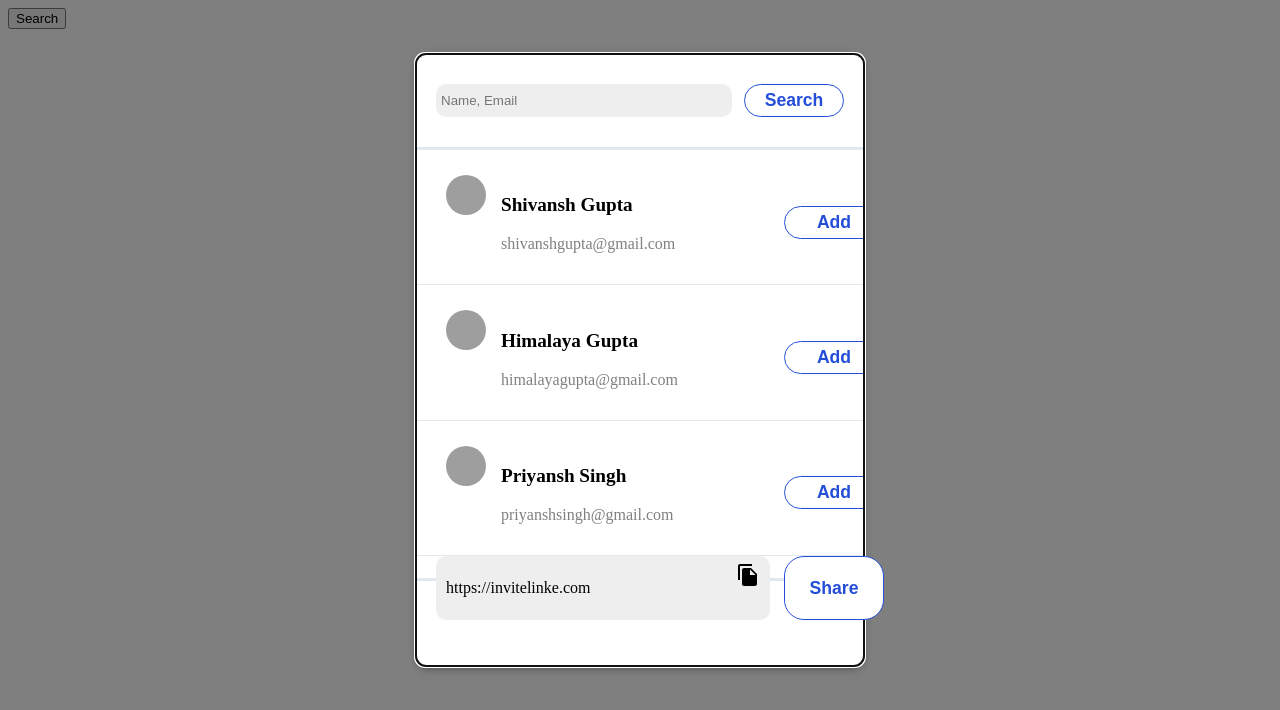
Repository: shiv0403/event-planner
Page: /, after clicking the first element matching `button`
An editor plug-in stored every save of this project. The page is shown before and after a run of saves, followed by the edit.
The browser window is 1280 px wide. The pictures show the whole page.
Pictures or frames that could not be fetched are drawn as grey boxes. An inner scrolling area shows only its first screen. The project was rebuilt for these pictures with package versions that can differ from the ones it lists, and the page was loaded fresh each time.

Above is the page before, as saved 2021-07-27 13:14:19.

### src/App.js
import React from "react";
import Modal from "./Components/SearchModal/SearchModal";

function App() {
  return (
    <div className="App">
      <Modal />
    </div>
  );
}

export default App;

### src/Components/SearchModal/SearchModal.js
import React, { useState } from "react";
import { makeStyles } from "@material-ui/core/styles";
import Modal from "@material-ui/core/Modal";
import Backdrop from "@material-ui/core/Backdrop";
import Fade from "@material-ui/core/Fade";
import FileCopyIcon from "@material-ui/icons/FileCopy";

import SearchPerson from "./SearchPerson";

import "./SearchModal.css";

const useStyles = makeStyles((theme) => ({
  modal: {
    display: "flex",
    alignItems: "center",
    justifyContent: "center",
  },
  paper: {
    backgroundColor: theme.palette.background.paper,
    boxShadow: theme.shadows[5],
    // padding: theme.spacing(2, 4, 3),
    width: "35%",
    borderRadius: "10px",
    height: "85%",
  },
}));

export default function TransitionsModal() {
  const classes = useStyles();
  const [open, setOpen] = useState(false);
  const [data, setData] = useState([
    {
      name: "Shivansh Gupta",
      email: "shivanshgupta@gmail.com",
    },
    {
      name: "Himalaya Gupta",
      email: "himalayagupta@gmail.com",
    },
    {
      name: "Priyansh Singh",
      email: "priyanshsingh@gmail.com",
    },
    {
      name: "asdlkfj lskdjf",
      email: "sadlkfj@lskdf.com",
    },

    {
      name: "asdlkfj lskdjf",
      email: "sadlkfj@lskdf.com",
    },
    {
      name: "asdlkfj lskdjf",
      email: "sadlkfj@lskdf.com",
    },
    {
      name: "asdlkfj lskdjf",
      email: "sadlkfj@lskdf.com",
    },
    {
      name: "asdlkfj lskdjf",
      email: "sadlkfj@lskdf.com",
    },
    {
      name: "asdlkfj lskdjf",
      email: "sadlkfj@lskdf.com",
    },
  ]);

  const handleOpen = () => {
    setOpen(true);
  };

  const handleClose = () => {
    setOpen(false);
  };

  return (
    <div>
      <button type="button" onClick={handleOpen}>
        Search
      </button>
      <Modal
        aria-labelledby="transition-modal-title"
        aria-describedby="transition-modal-description"
        className={classes.modal}
        open={open}
        onClose={handleClose}
        closeAfterTransition
        BackdropComponent={Backdrop}
        BackdropProps={{
          timeout: 500,
        }}
      >
        <Fade in={open}>
          <div className={classes.paper}>
            <div className="search__header">
              <input type="text" placeholder="Name, Email" />
              <button type="submit"> Search</button>
            </div>
            <div className="search__body">
              {data.map((person) => (
                <SearchPerson name={person.name} email={person.email} />
              ))}
            </div>
            <div className="search__footer">
              <div className="search__footer__link">
                <p>https://invitelinke.com</p>
                <FileCopyIcon />
              </div>

              <button type="submit">Share</button>
            </div>
          </div>
        </Fade>
      </Modal>
    </div>
  );
}

### src/Components/SearchModal/SearchPerson.js
import React from "react";
import Avatar from "@material-ui/core/Avatar";

import "./SearchPerson.css";

function SearchPerson({ name, email }) {
  return (
    <div className="search__person">
      <div className="sp__details">
        <div className="sp__details__avatar">
          <Avatar alt={name} src="/static/images/avatar/1.jpg" />
        </div>
        <div className="sp__details__cred">
          <h3>{name}</h3>
          <p>{email}</p>
        </div>
      </div>

      <div className="sp__add">
        <button type="submit">Add</button>
      </div>
    </div>
  );
}

export default SearchPerson;

### src/Components/SearchModal/SearchModal.css
.search__header {
  display: flex;
  justify-content: space-between;
  padding: 30px 20px;
  border-bottom: 3px solid #e2e8f0;
}

.search__header > input {
  border-radius: 10px;
  width: 70%;
  padding: 5px;
  margin-right: 10px;
  background-color: #eee;
  outline: none;
  border: 0px;
}

.search__header > button {
  padding: 5px 3px;
  width: 100px;
  border: 1px #244ed8 solid;
  font-size: 1.1rem;
  border-radius: 20px;
  background-color: #fff;
  font-weight: 800;
  color: #244ed8;
}

.search__body {
  overflow-y: auto;
  height: 70%;
  border-bottom: 3px solid #e2e8f0;
}

.search__body::-webkit-scrollbar {
  display: none;
}

.search__footer {
  display: flex;
  justify-content: space-between;
  margin-top: 40px;
  padding: 20px;
  position: absolute;
  bottom: 80px;
  width: 35%;
}

.search__footer__link {
  display: flex;
  justify-content: space-between;
  background-color: #eee;
  border-radius: 10px;
  padding: 7px 10px;
  width: 70%;
}

.search__footer > button {
  padding: 5px 3px;
  width: 100px;
  border: 1px #244ed8 solid;
  font-size: 1.1rem;
  border-radius: 20px;
  background-color: #fff;
  font-weight: 800;
  color: #244ed8;
}

.search__footer > button:hover {
  background-color: RGBA(36, 78, 216, 0.1);
  box-shadow: inset 0 0 0 1.5px #244ed8;
  transition: all 0.3s;
}

### src/Components/SearchModal/SearchPerson.css
.search__person {
  display: flex;
  justify-content: space-between;
  align-items: center;
  padding: 5px 20px;
  width: 100%;
  margin: 10px auto;
}

.search__person:not(:last-child) {
  border-bottom: 1px #e2e8f0 solid;
}

.sp__details {
  display: flex;
  border-radius: 10px;
  width: 95%;
  padding: 10px;
  margin-right: 10px;
}

.sp__details__avatar {
  margin-right: 15px;
}

.sp__details__cred > h3 {
  font-size: 1.2rem;
  font-weight: 800;
}

.sp__details__cred > p {
  font-size: 1rem;
  margin-top: 5px;
  color: gray;
}

.sp__add > button {
  padding: 5px 3px;
  width: 100px;
  border: 1px #244ed8 solid;
  font-size: 1.1rem;
  border-radius: 20px;
  background-color: #fff;
  font-weight: 800;
  color: #244ed8;
}

.sp__add > button:hover {
  background-color: RGBA(36, 78, 216, 0.1);
  box-shadow: inset 0 0 0 1.5px #244ed8;
  transition: all 0.3s;
}

/*
#f7fafc
#2563eb
#414a59
#244ed8 */

Loaded but not shown: public/index.html (common file); src/index.js (common file)

After the next 2 saves:
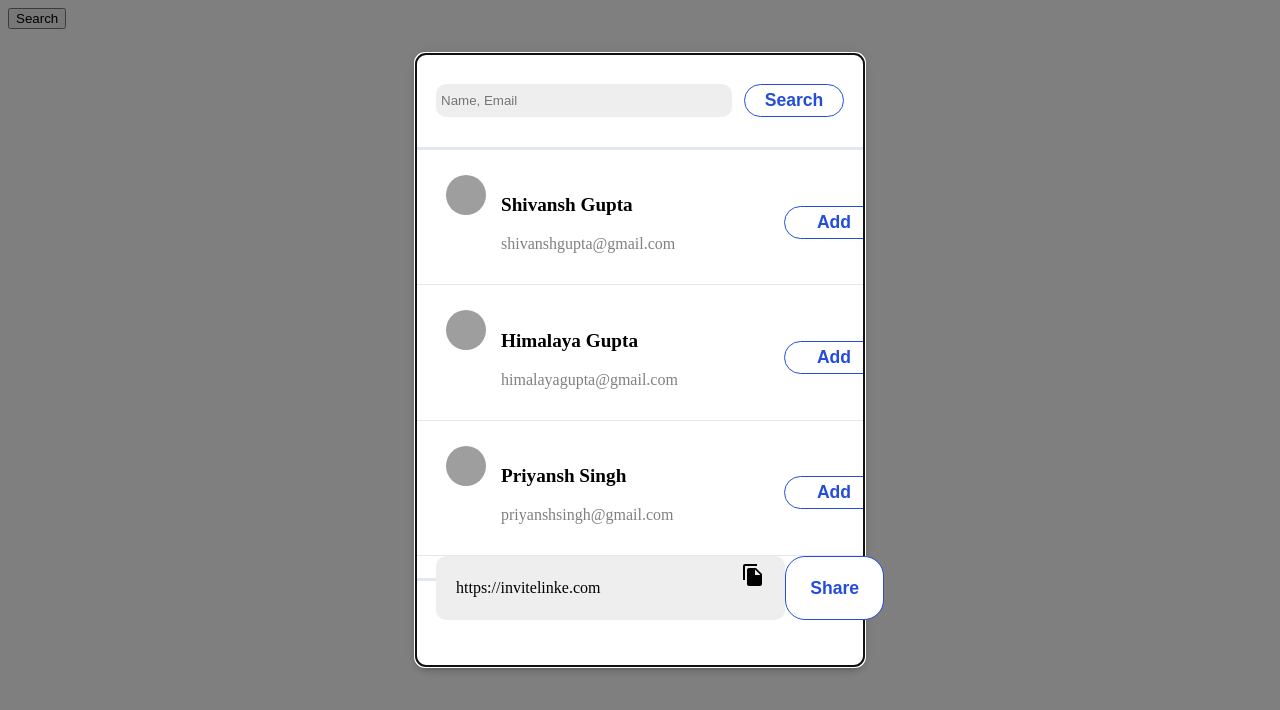
The 2 saves are shown as one change because they came seconds apart.
The last was saved 11 s later.
--- a/src/Components/SearchModal/SearchModal.css
+++ b/src/Components/SearchModal/SearchModal.css
@@ -51,7 +51,7 @@
   justify-content: space-between;
   background-color: #eee;
   border-radius: 10px;
-  padding: 7px 10px;
+  padding: 7px 20px;
   width: 70%;
 }
 
